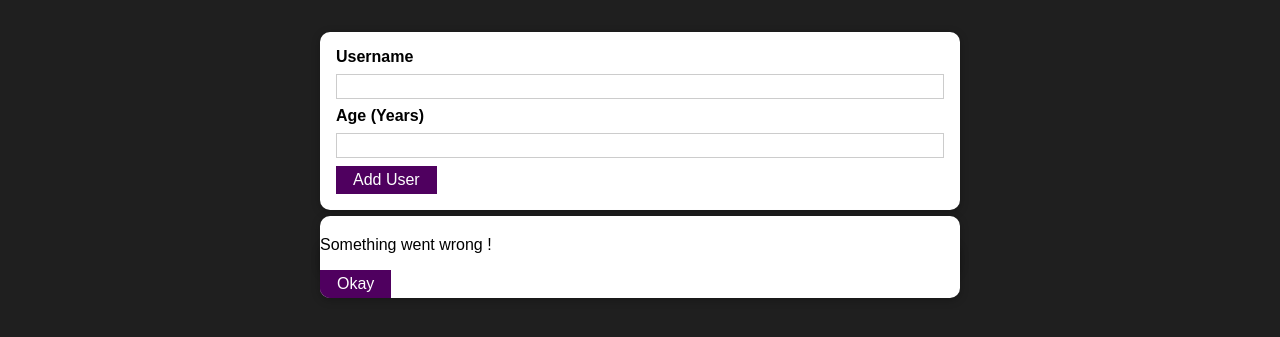
Repository: otvertka/MSC_4
Page: /
An editor plug-in stored every save of this project. The page is shown before and after the next save, followed by the edit.
The browser window is 1280 px wide. The pictures show the whole page.
The project was rebuilt for these pictures with package versions that can differ from the ones it lists, and the page was loaded fresh each time.

Above is the page before, as saved 2023-07-06 20:16:41.

After the next save:
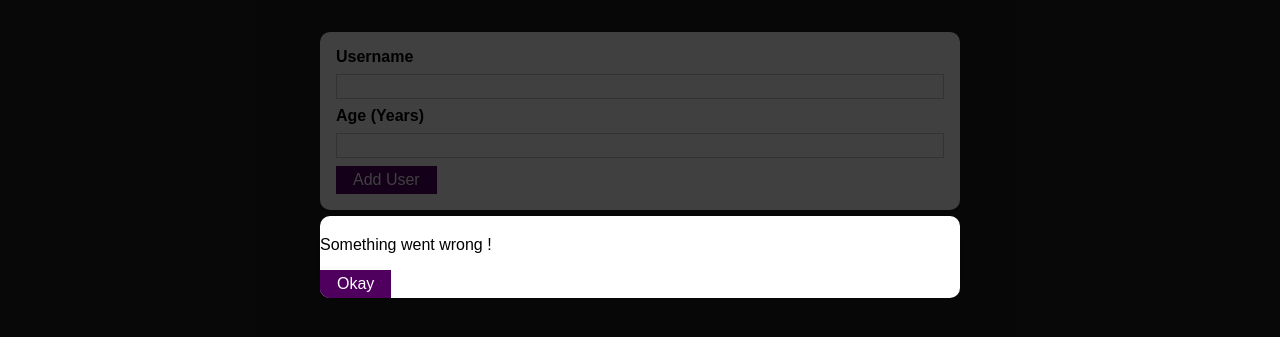
Saved 35 s later.
--- a/src/components/ErrorModal/ErrorModal.js
+++ b/src/components/ErrorModal/ErrorModal.js
@@ -6,7 +6,7 @@ import classes from "./ErrorModal.module.css";
 const ErrorModal = (props) => {
   return (
     <div>
-      <div cssClass={classes.backdrop} />
+      <div className={classes.backdrop} />
       <Card cssClass={classes.modal}>
         <header cssClass={classes.header}>
           <h2>
